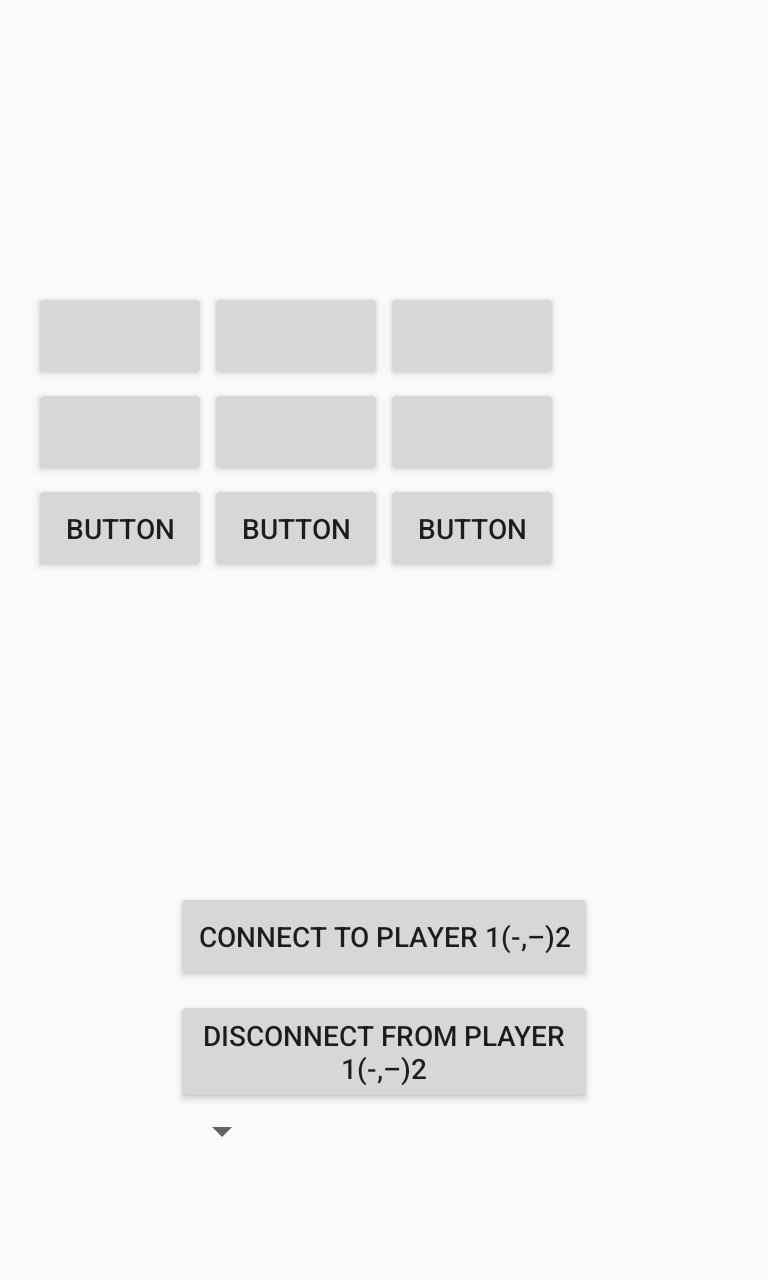
Repository: BananaGames/telecommProject
Layout: client/TelecommClient/res/layout/activity_main.xml
These files come from the project's save history. The layout is drawn as it stood at one moment and after the next save; the edit follows.
It is drawn on a 768 x 1280 px phone screen (xhdpi) without system bars, with theme AppTheme; the app's code is not run.

Above is the layout before, as saved 2014-11-17 23:49:37.

After the next save:
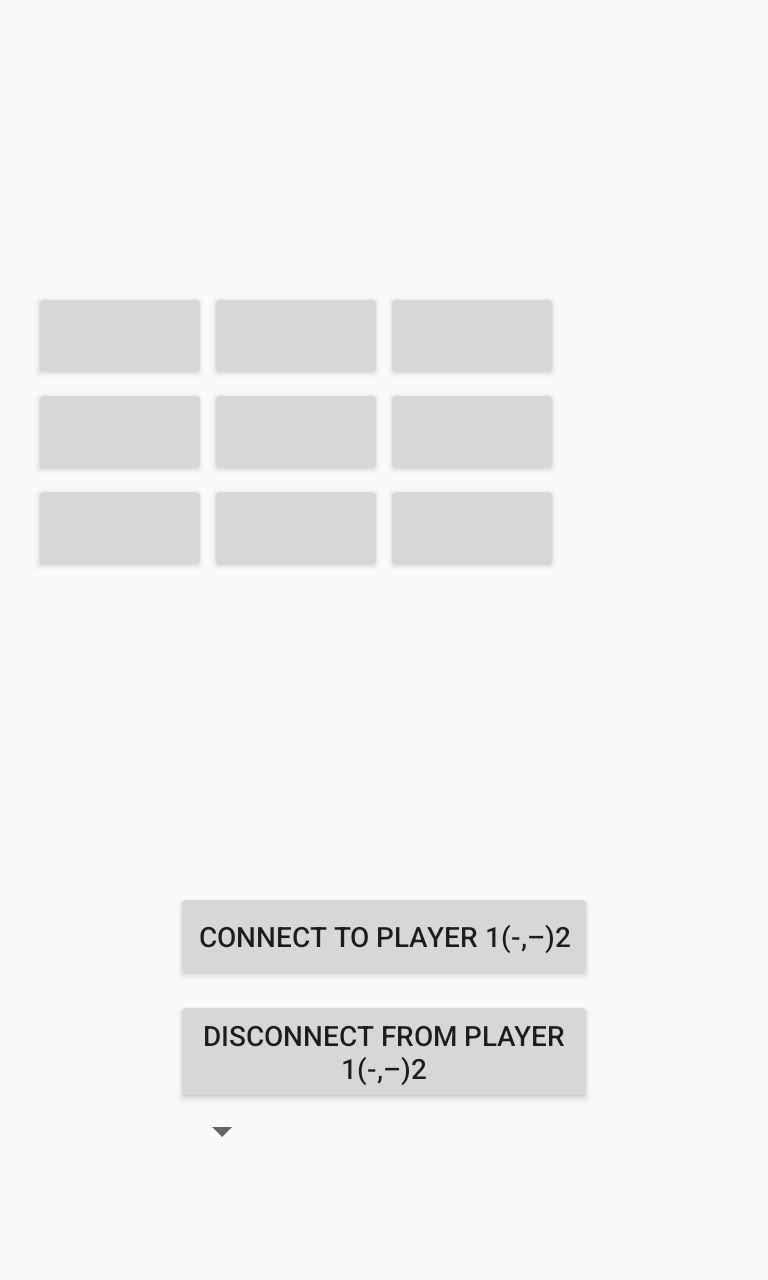
Saved 45 s later.
--- a/client/TelecommClient/res/layout/activity_main.xml
+++ b/client/TelecommClient/res/layout/activity_main.xml
@@ -91,22 +91,19 @@
             android:layout_height="wrap_content" >
 
             <Button
-                android:id="@+id/button9"
+                android:id="@+id/buttonBotLeft"
                 android:layout_width="wrap_content"
-                android:layout_height="wrap_content"
-                android:text="Button" />
+                android:layout_height="wrap_content" />
 
             <Button
-                android:id="@+id/button10"
+                android:id="@+id/buttonBotMid"
                 android:layout_width="wrap_content"
-                android:layout_height="wrap_content"
-                android:text="Button" />
+                android:layout_height="wrap_content" />
 
             <Button
-                android:id="@+id/button11"
+                android:id="@+id/buttonBotRight"
                 android:layout_width="wrap_content"
-                android:layout_height="wrap_content"
-                android:text="Button" />
+                android:layout_height="wrap_content" />
 
         </TableRow>
     </TableLayout>
